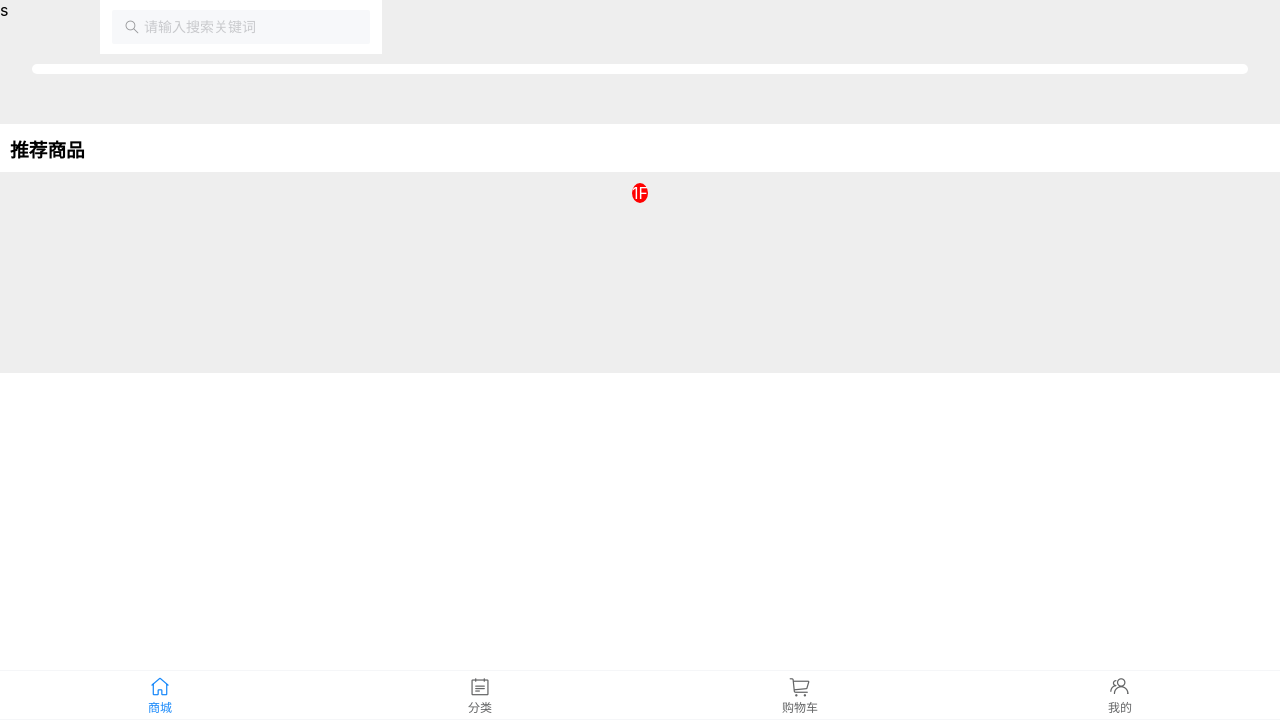
Repository: liuyangming111/mall
Page: /
The author's editor kept a copy of each file at every save. The page is drawn from the files as they stood at one save, then again after a run of saves.
The browser window is 1280 px wide. The pictures show the whole page.
The page's requests for data from a server got no answer. The project was rebuilt for these pictures with package versions that can differ from the ones it lists, and the page was loaded fresh each time. No one was signed in, and anything a server would have sent is missing. Also part of the build but not shown: vue.config.js.

Above is the page before, as saved 2020-07-22 08:39:59.

### src/main.js
import Vue from 'vue'
import App from './App.vue'
import router from './router'
import store from './store'
import api from './http/api'
import Vant from 'vant';
import 'vant/lib/index.css';


Vue.prototype.$api = api
Vue.use(Vant);
Vue.config.productionTip = false

new Vue({
  router,
  store,
  render: h => h(App)
}).$mount('#app')

### src/App.vue
<template>
  <div id="app">
    <router-view/>
  </div>
</template>

<style lang="scss">
*{
  margin: 0;
  padding: 0;
}
</style>

### src/router/index.js
import Vue from 'vue'
import VueRouter from 'vue-router'
import Home from '../views/Home.vue'

Vue.use(VueRouter)

  const routes = [
  {
    path: '',
    component: Home,
    children:[
      {
        path:'/',
        name:'mall',
        component:()=>import('../views/mall/mall.vue')
      },
      {
        path:'/classification',
        name:'classification',
        component:()=>import('../views/mall/classification.vue')
      },
      {
        path:'/Car',
        name:'Car',
        component:()=>import('../views/mall/Car.vue')
      },
      {
        path:'/my',
        name:'my',
        component:()=>import('../views/mall/my.vue')
      }
    ]
  },
  {
    path:'/login',
    name:'login',
    component:()=>import('../views/login/login.vue')
  }
]

const router = new VueRouter({
  mode: 'history',
  base: process.env.BASE_URL,
  routes
})
const originalPush = VueRouter.prototype.push
VueRouter.prototype.push = function push(location) {
  return originalPush.call(this, location).catch(err => err)
}

export default router

### src/http/api.js
import service from './index'

export default {
    //1:获取首页数据
    gethome_page() {
        return service.get('/recommend')
    },
    //2:搜索
    //参数: value: 搜索关键词
    postkey_word({ value }) {
        return service.post('/search', { value })
    },
    //3:分类查询
    //id:默认分类的id
    getclassification() {
        return service.get('/classification?mallSubId=${id}')
    },
    //4:查询获取购物车数据
    postcar_data() {
        return service.post('/getCard', {})
    },
    //5:购物车加减商品
    // count: 购物车数量
    // id: 商品id
    // mallPrice: 价格
    postcommodity({ count, id, mallPrice }) {
        return service.post('/editCart', { count, id, mallPrice })
    },
    //6:购物车商品删除
    //商品id(数组)
    postdelete({ id }) {
        return service.post('/deleteShop', { id })
    },
    //7:购物车支付页面
    // address:收货地址
    // tel:电话
    // orderId:所有商品的id(数组)
    // totalPrice:总价格
    // idDirect:用来判断是购物车结算还是直接购买(直接购买为true,购物车结算为false)
    // count:商品数量
    postpayment({ address, tel, orderId, totalPrice, idDirect, count }) {
        return service.post('/order', { address, tel, orderId, totalPrice, idDirect, count })
    },
    //8.单个商品详情
    //id:商品的id
    getdetails() {
        return service.get('/goods/one?id=${id}')
    },
    //9. 收藏单个商品
    //商品的详情信息(传商品对象)
    postcollection() {
        return service.post('/collection', {})
    },
    //10.取消收藏
    //id:商品的id
    postCollection({ id }) {
        return service.post('/cancelCollection', { id })
    },
    //11:查询商品是否已收藏
    //id:商品的id
    postCollections({ id }) {
        return service.post('/isCollection', { id })
    },
    //12. 加入购物车
    //id:商品的id
    postaddShop({ id }) {
        return service.post('/addShop', { id })
    },
    //13. 退出登录
    postloginOut() {
        return service.post('/loginOut', {})
    },
    //14. 获取用户信息
    postqueryUser() {
        return service.post('queryUser', {})
    },
    //15. 修改保存用户信息
    // gender: 性别
    // year: 年
    // month: 月
    // day: 日
    // id: 用户id
    // nickname: 昵称
    postsaveUser({ gender, year, month, day, id, nickname }) {
        return service.post('/saveUser', { gender, year, month, day, id, nickname })
    },
    //16. 商品评论
    // id: 商品cid
    // rate: 分数
    // content: 内容
    // anonymous: 是否匿名
    // _id: 商品的_id
    // order_id: 商品的order_id
    // image: []
    postcomment({ id, rate, content, anonymous, _id, order_id, image }) {
        return service.post('/goodsOne/comment', { id, rate, content, anonymous, _id, order_id, image })
    },
    //17. 获取登录注册默认验证码
    getverify() {
        return service.get('/verify')
    },
    //18. 查询用户收货地址
    getAddress() {
        return service.get('/getAddress')
    },
    //19. 查询默认收货地址
    getDefaultAddress() {
        return service.get('/getDefaultAddress')
    },
    //20. 设置默认收货地址
    //id: 地址id
    postsetDefaultAddress({ id }) {
        return service.post('setDefaultAddress', { id })
    },
    //21. 增加收货地址
    // name:用户名
    // tel:电话
    // address:(省+市+区+详情地址)
    // isDefault:是否默认
    // province:省
    // city:市
    // county:区
    // addressDetail:详情地址，
    // areaCode:地区代码
    // id:修改地址时候要传id
    postaddress({ name, tel, address, isDefault, province, city, county, addressDetail, areaCode, id }) {
        return service.post('/address', { name, tel, address, isDefault, province, city, county, addressDetail, areaCode, id })
    },
    //22. 删除地址
    //id:地址_id
    postdeleteAddress({ id }) {
        return service.post('/deleteAddress', { id })
    },
    //23. 注册
    // nickname: 用户名
    // password:密码
    // verify:验证码
    postregister({ nickname, password, verify }) {
        return service.post('/register', { nickname, password, verify })
    },
    //24. 登录
    // nickname: 用户名
    // password:密码
    // verify:验证码
    postlogin({ nickname, password, verify }) {
        return service.post('/login', { nickname, password, verify })
    },
    //25. 订单查询
    getMyOrder() {
        return service.get('/getMyOrder')
    },
    //26. 查询已评价
    getevaluate() {
        return service.get('/alreadyEvaluated')
    },
    //27. 查询未评价
    getevaluates() {
        return service.get('/tobeEvaluated')
    },
    //28. 查询单条评论
    //id:商品id
    //_id:数据库的那条id
    postevaluateOne({ id, _id }) {
        return service.post('/evaluateOne', { id, _id })
    }
}

### src/views/Home.vue
<template>
 <div>
    <div><router-view></router-view></div>
    <div><bottom></bottom></div>
 </div>
</template>

<script>
  import bottom from '../components/bottom'
 export default {
   name: '',
   props: {
   },
   components: {
     bottom
   },
   data () {
     return {

     }
   },
   methods: {

   },
   mounted() {

   },
   watch: {

   },
   computed: {

   }
 }
</script>

<style scoped lang='scss'>

</style>

### src/views/mall/mall.vue
<template>
  <div style="background-color: rgb(238,238,238)">
    <div class="top">
      <div class="city">s</div>
      <div>
        <van-search v-model="value" placeholder="请输入搜索关键词" />
      </div>
    </div>
    <van-swipe class="my-swipe" :autoplay="3000" indicator-color="white" v-if="slides.length>0">
      <van-swipe-item>
        <img :src="slides[0].image" alt />
      </van-swipe-item>
      <van-swipe-item>
        <img :src="slides[1].image" alt />
      </van-swipe-item>
      <van-swipe-item>
        <img :src="slides[2].image" alt />
      </van-swipe-item>
    </van-swipe>
    <div class="category">
      <div v-for="(item, index) in category" :key="index">
        <div>
          <img :src="item.image" />
        </div>
        <div>{{item.mallCategoryName}}</div>
      </div>
    </div>
    <div>
      <img :src="advertesPicture.PICTURE_ADDRESS" alt class="picture" />
    </div>
    <br />
    <div class="recommends">
      <h3 style="margin:10px">推荐商品</h3>
      <div class="recommend" ref="container">
          <div class="recommend_1">
            <div v-for="(item, index) in recommend" :key="index">
              <div>
                <img :src="item.image" alt />
              </div>
              <div class="center">{{item.goodsName}}</div>
              <div style="margin:6px">
                <span>￥{{item.mallPrice}}</span>
                <span class="original_price">
                  <s>￥{{item.price}}</s>
                </span>
              </div>
              <div class="details">
                <div>
                  <van-icon name="cart" />
                </div>
                <div>查看详情</div>
              </div>
            </div>
        </div>
      </div>
    </div>
    <malll></malll>
  </div>
</template>

<script>
import { Toast } from "vant";
import BScroll from "better-scroll";
import malll from "../../components/mall/malll";
export default {
  name: "",
  props: {},
  components: {
    malll
  },
  data() {
    return {
      value: "",
      category: [],
      slides: [],
      advertesPicture: "",
      recommend: ""
    };
  },
  methods: {
    getData() {
      this.$api
        .gethome_page()
        .then(res => {
          this.category = res.data.category;
          // console.log(this.category);
          this.slides = res.data.slides;
          // console.log(this.slides)
          this.advertesPicture = res.data.advertesPicture;
          // console.log(this.advertesPicture)
          this.recommend = res.data.recommend;
          // console.log(this.recommend)
          // console.log(res)
        })
        .catch(err => {
          console.log(err);
        });
    }
  },
  mounted() {
    this.getData();
    new BScroll(this.$refs.container,{
    scrollX: true,
    click: true
    })
  },
  watch: {},
  computed: {}
};
</script>

<style scoped>
.top {
  display: flex;
}
.my-swipe .van-swipe-item {
  color: #fff;
  font-size: 20px;
  line-height: 150px;
  text-align: center;
  width: 100%;
  height: 160px;
}
.my-swipe img {
  width: 100%;
}
.category {
  width: 95%;
  margin: 10px auto;
  background-color: white;
  font-size: 14px;
  padding-bottom: 10px;
  border-radius: 10px;
  display: flex;
  justify-content: space-evenly;
}
.category img {
  width: 55px;
  margin-top: 10px;
}
.city {
  width: 100px;
}
.picture {
  width: 100%;
}
.recommends {
  background-color: white;
  border-top: 1px solid white;
}
.recommend_1 {
  display: flex;
  display: flex;
  flex: 1;
  border-top: 1px solid #eee;
}
.recommend_1 > div {
  border: 1px solid #eee;
}
.recommend_1 img {
  width: 125px;
}
.original_price {
  color: #999;
}
.details {
  display: flex;
  height: 30px;
  width: 110px;
  background-color: red;
  border-radius: 10px;
  margin: 10px auto;
}
.details div:nth-child(1) {
  background-color: olive;
  color: white;
  text-align: center;
  line-height: 34px;
  font-size: 20px;
  width: 40px;
  border-radius: 10px 0 0 10px;
}
.details div:nth-child(2) {
  margin-left: 10px;
  font-size: 12px;
  line-height: 30px;
  color: white;
}
.center {
  font-size: 14px;
  width: 125px;
  overflow: hidden;
  text-overflow: ellipsis;
  white-space: nowrap;
}
.recommend {
  display: flex;
  overflow: hidden;
  background-color: #fff;
}
</style>

### src/http/index.js
import axios from 'axios'
const service = axios.create({
    baseURL: '/api',
    timeout: 5000
})

service.interceptors.response.use((res) => {
    return res.data
}, err => {
    console.log(err)
})

export default service

### src/components/bottom.vue
<template>
  <div>
    <van-tabbar v-model="active">
      <van-tabbar-item icon="wap-home-o" @click="mall">商城</van-tabbar-item>
      <van-tabbar-item icon="notes-o" @click="classification">分类</van-tabbar-item>
      <van-tabbar-item icon="shopping-cart-o" @click="Car">购物车</van-tabbar-item>
      <van-tabbar-item icon="friends-o" @click="my">我的</van-tabbar-item>
    </van-tabbar>
  </div>
</template>

<script>
export default {
  name: "",
  props: {},
  components: {},
  data() {
    return {
        active: 0,
    };
  },
  methods: {
    mall(){
      this.$router.push('/')
    },
    classification(){
      this.$router.push('/classification')
    },
    Car(){
      this.$router.push('/Car')
    },
    my(){
      this.$router.push('/my')
    }
  },
  mounted() {},
  watch: {},
  computed: {}
};
</script>

<style scoped lang='scss'>
</style>

### src/components/mall/malll.vue
<template>
  <div>
    <div class="floor1"><span class="floor1_1">1F</span>{{floorName.floor1}}</div>
    <div>
        <div v-for="(item, index) in floor1" :key="index" class="food">
            <div v-if="index===0"><img :src="item.image" alt=""></div>
            <div v-else><img :src="item.image" alt=""></div>
        </div>
    </div>
    <br/>
    <br/>
    <br/>
    <br/>
    <br/>
    <br/>
    <br/>
    <br/>
  </div>
</template>

<script>
export default {
  name: "",
  props: {},
  components: {},
  data() {
    return {
        floorName:'',
        floor1:[]
    };
  },
  methods: {
    getData() {
      this.$api.gethome_page()
        .then(res => {
            this.floorName=res.data.floorName
            // console.log(this.floorName)
            this.floor1=res.data.floor1
            // console.log(this.floor1)
          console.log(res);
        })
        .catch(err => {
          console.log(err);
        });
    }
  },
  mounted() {
    this.getData();
  },
  watch: {},
  computed: {}
};
</script>

<style scoped>
.floor1{
    color: red;
    text-align: center;
    margin: 10px 0;
}
.floor1_1{
    border-radius: 50%;
    background-color: red;
    color: white;
}
.
.food img{
  width: 50%;
}
</style>

Loaded but not shown: public/index.html (common file); src/store/index.js (common file)

After the next 8 saves:
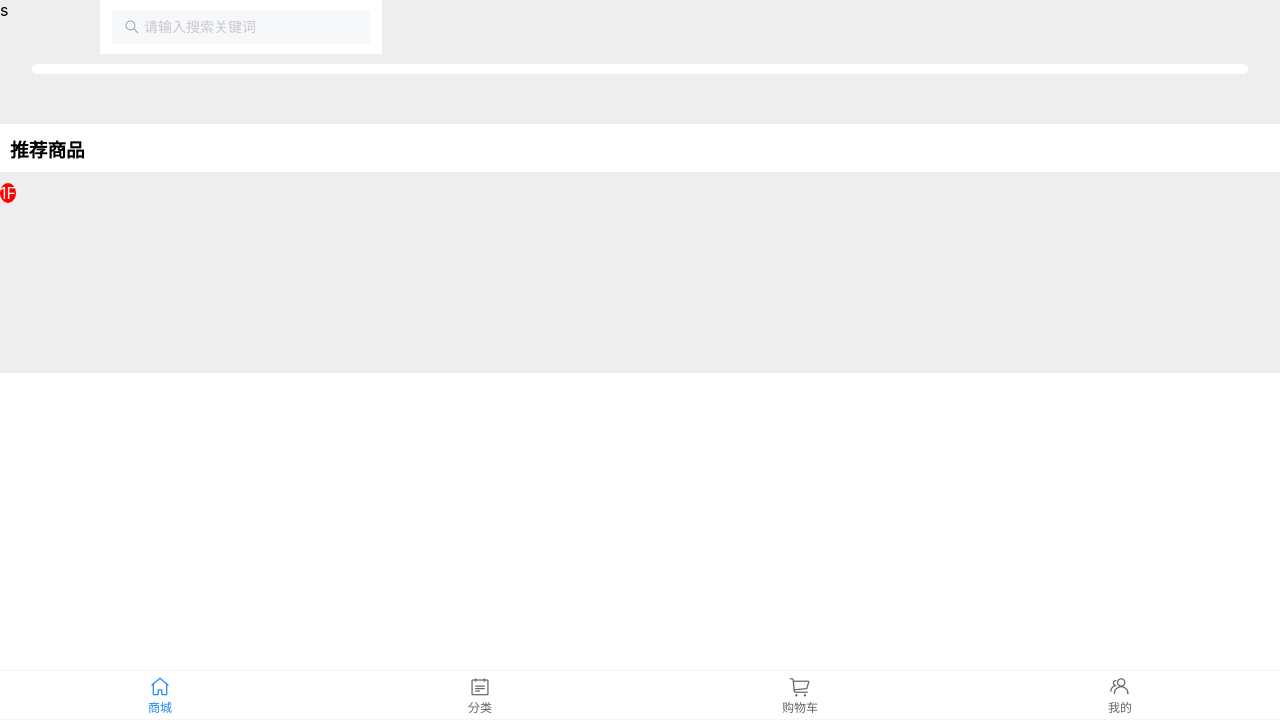
The 8 saves are shown as one change because they came seconds apart.
The last was saved 24 s later.
--- a/src/components/mall/malll.vue
+++ b/src/components/mall/malll.vue
@@ -63,7 +63,10 @@ export default {
     background-color: red;
     color: white;
 }
-.
+.floor1{
+  display: flex;
+  flex-wrap: wrap;
+}
 .food img{
   width: 50%;
 }
